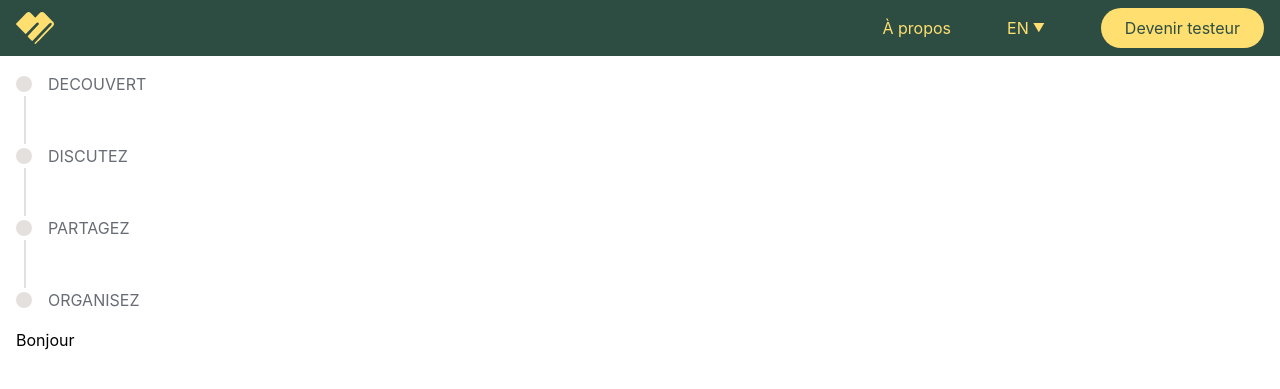
Repository: enas-elm/bookish-landing
Page: /
The author's editor kept a copy of each file at every save. The page is drawn from the files as they stood at one save, then again after a run of saves.
The browser window is 1280 px wide. The pictures show the whole page.
The project was rebuilt for these pictures with package versions that can differ from the ones it lists, and the page was loaded fresh each time.

Above is the page before, as saved 2024-09-11 16:31:33.

After the next 2 saves:
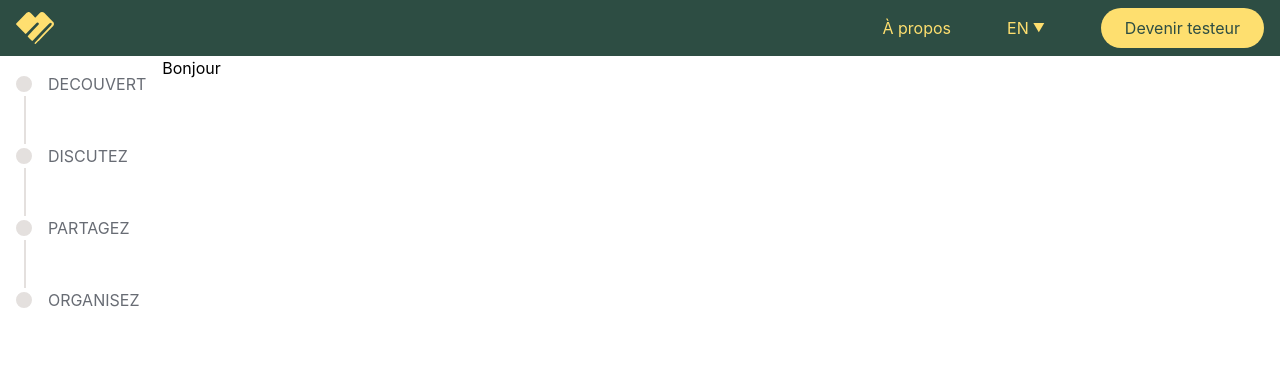
The 2 saves are shown as one change because they came seconds apart.
The last was saved 30 s later.
--- a/src/components/TimeLine.js
+++ b/src/components/TimeLine.js
@@ -53,10 +53,9 @@ function TimelineMenu() {
             )}
           </div>
         ))}
-
-        <div>
-          <p>Bonjour</p>
-        </div>
+      </div>
+      <div>
+        <p>Bonjour</p>
       </div>
     </div>
   );
